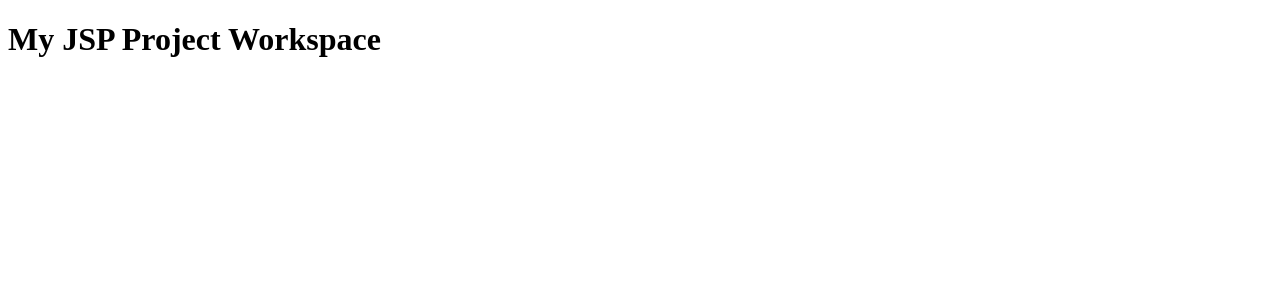
Repository: gajami-kim/240430_JSPJSTL_Study
Page: http://localhost/jsp_study2/
An editor plug-in stored every save of this project. The page is shown before and after the next save, followed by the edit.
The browser window is 1280 px wide. The pictures show the whole page.
The page is served by Tomcat 9.

Above is the page before, as saved 2024-04-16 05:52:07.

After the next save:
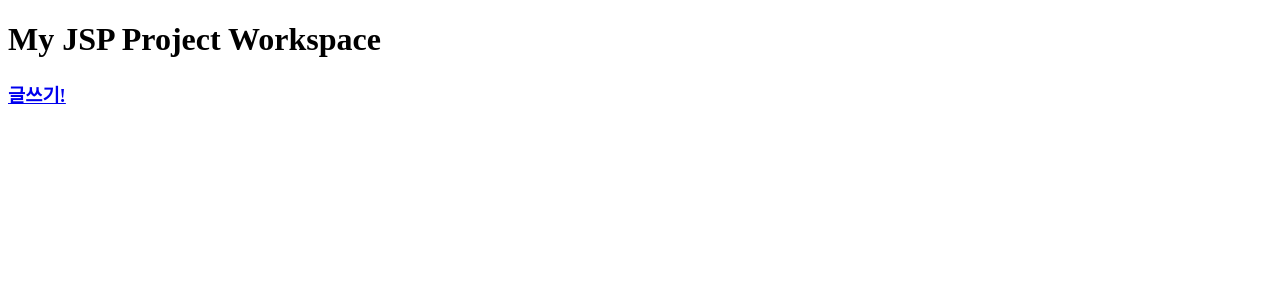
Saved 33 s later.
--- a/_jsp_workspace2/jsp_study2/src/main/webapp/index.jsp
+++ b/_jsp_workspace2/jsp_study2/src/main/webapp/index.jsp
@@ -8,5 +8,6 @@
 </head>
 <body>
 	<h1>My JSP Project Workspace</h1>
+	<h3> <a href="/brd/insert">글쓰기!</a> </h3>
 </body>
 </html>
